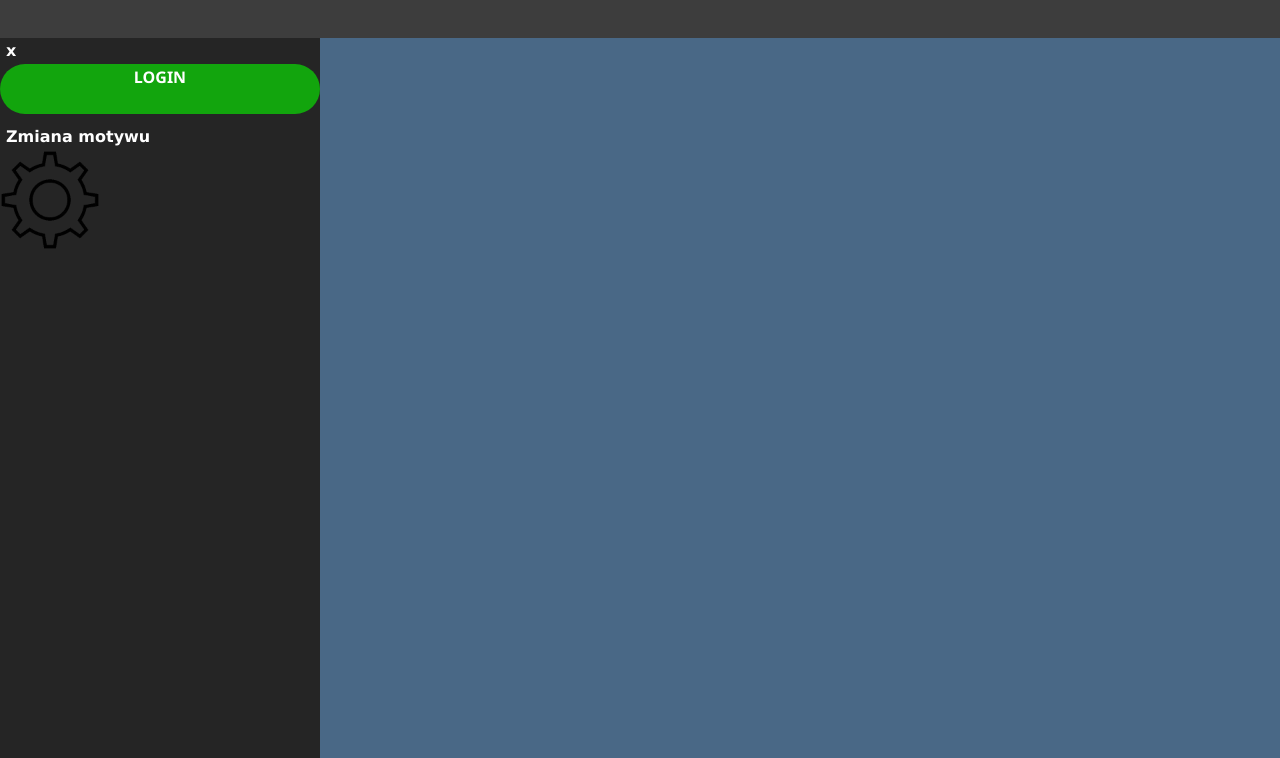
Repository: K4ziWolf/kazi
Page: /, after clicking the first element matching `button.btn`
An editor plug-in stored every save of this project. The page is shown before and after the next save, followed by the edit.
The browser window is 1280 px wide. The pictures show the whole page.
The project was rebuilt for these pictures with package versions that can differ from the ones it lists, and the page was loaded fresh each time. Also part of the build but not shown: vue.config.js, src/components/login_screen.vue, src/components/option_screen.vue.

Above is the page before, as saved 2023-10-20 22:33:32.

### src/App.vue
<template>
<body>
  <section>
  <div id="container" class="col-md-12">
    <div class="d-flex flex-column text-white" style="background-color: rgb(61, 61, 61) ">
    <div class="x-btn">
      <button class="btn btn-outline-secondary" v-bind:class="open_menu_button " @click="showMenuScreen" >
        Pokaż menu
      </button>
      <menu_screen v-if="isMenuScreenVisible" @hide-menu-screen="hideMenuScreen" @show-login-screen="showLoginScreen" @change-theme="changeTheme" @option-open="optionOpener">
      </menu_screen>

    <div> <!--menu_scree i login_screen odpowiedzialne są za pokazywanie się tych komponentów-->
      <login_screen v-if="isLoginScreenVisible" @hide-login-screen="hideLoginScreen">
      </login_screen>
    </div>
    <option_screen v-if="isOptionScreenVisible" @hide-option-screen="HideOptionScreen">
      </option_screen>
  </div>
  </div>
  </div>
  </section>
</body>
</template>

<script>
import menu_screen from './components/menu_screen.vue';
import login_screen from './components/login_screen.vue';
import option_screen from './components/option_screen.vue';
export default {
  components: {
    menu_screen,
    login_screen,
    option_screen,
  },
  data() {
    return {
      open_menu_button: "show",
      open_login_button: "show",
      isLoginScreenVisible: false,
      isMenuScreenVisible: false,
      changecolor:0,
      isOptionScreenVisible: false,
    };
  },
  methods: {
    optionOpener(){
      this.isOptionScreenVisible = true;
    },
    HideOptionScreen(){
      setTimeout(() => {
      this.isOptionScreenVisible = false;
      }, 1000);
    },
    changeTheme() {
        this.changecolor += 1;
      if (this.changecolor % 2 === 0) {
        document.body.style.backgroundColor = 'blue';
      } else {
        document.body.style.backgroundColor = 'red';
      }
    },
    showMenuScreen() { //funkcja pokazująca menu
      this.isMenuScreenVisible = true;
      this.open_menu_button = "hidden";
      this.open_login_button = "show";
    },
    hideMenuScreen() {
      setTimeout(() => { //timeout aby animacja była płynna
        this.open_menu_button = "show";
        this.isMenuScreenVisible = false;
      }, 1200);
    },
    showLoginScreen() {
      this.isLoginScreenVisible = true;
      setTimeout(() => {
      this.isMenuScreenVisible = false;
      }, 1000);
    },
    hideLoginScreen() {
      setTimeout(() => {
        this.open_login_button = "show";
        this.open_menu_button ='show'
        this.isLoginScreenVisible = false;
      }, 1500);
    },
  },
};
</script>

<style>
@import '/src/style.css';

#app {
  font-family: Avenir, Helvetica, Arial, sans-serif;
  -webkit-font-smoothing: antialiased;
  -moz-osx-font-smoothing: grayscale;
  text-align: center;
  color: #2c3e50;
}
.show {
  opacity: 1;
  animation: show_button 0.4s;
}
@keyframes show_button {
  from {
    opacity: 0;
  }
  to {
    opacity: 1;
  }
}
.hidden {
  animation: hide_button 0.4s;
  opacity: 0;
}
@keyframes hide_button {
  from {
    opacity: 1;
  }
  to {
    opacity: 0;
  }
}
body { /*testy moje do zmiany */
  height: 100%;
  width: 100%;
  background-color: rgb(127, 247, 207);
}
.x-btn {
  background-color: rgb(61, 61, 61);

}
.xd-btn {
  text-decoration: none;
  border: none;
  font-family: Verdana, Geneva, Tahoma, sans-serif;
  background-color: #2c3e50;
  border-bottom-left-radius: 25px;
  border-bottom-right-radius: 25px;
  color: white;
  font-weight: bolder;

}
html {
  background-color: #496886;
}
</style>

### src/style.css
template {
    background-color: aqua;
}

### src/components/menu_screen.vue
<template>
  <div class="holder-ten1 col-sm-3" id="menu_holder" :class="menu_box_show">
    <div class="pole-exit-btn" id="Exit_menu_button">
      <button class="exit-baton" id="menu_exit_button" @click="hideMenuScreen">x</button>
      <button class="baton" id="poka-login" v-bind:class="open_login_button" @click="showLoginScreen">
        LOGIN
      </button>
      <button id="change_theme_btn" v-bind:class="change_theme_btn" @click="changeTheme">
        Zmiana motywu
      </button>
      <div id="gear_icon_box">
        <img
          v-bind:class="open_option_button"
          src="../assets/gear_icon.png"
          alt="Gear Icon"
          @mouseenter="openOptionButtonEnter"
          @mouseleave="openOptionButtonLeave"
          @click="open_options"
        />
      </div>
    </div>
  </div>
  </template>

  <script>
  export default {
    data() {
      return {
        menu_box_show: "show",
        open_option_button: "unanimated",
        change_theme_btn:"bright",
      };
    },
    methods: {
      open_options(){
        this.$emit('option-open');

      },
      changeTheme() {
        if (this.change_theme_btn === 'dark') {
          this.change_theme_btn = 'bright';
        } else {
          this.change_theme_btn = 'dark';
        }
          this.$emit('change-theme');
      },
      hideMenuScreen() {
        this.$emit('hide-menu-screen');
        this.menu_box_show = "hide";
      }, //emit to event, czyli wysłanie do komponenta rodzica komendy wywołania funckji w tym przypadku hideMenuScreen
      showLoginScreen() {
        this.menu_box_show = "hide";
        setTimeout(() => {
          this.$emit('show-Login-Screen');
        }, 200); //opóźnienie dla dobra animacji chyba tak mi się wydaje dawno temu to pisałem
      },
      openOptionButtonEnter() {
        this.open_option_button = "animated";
      },
      openOptionButtonLeave(){
        this.open_option_button = "unanimated";
      },
    },
  };
  </script>
  <style scoped>  /* scoped dotyczy tylko tego dokumentu */
 .show {
  animation: show_animation 1s ease-in-out;
}

@keyframes show_animation {
  from {
    opacity: 0;
    transform: translate3d(-40%, 0, 0);
  }
  to {
    opacity: 1;
    transform: translate3d(0, 0, 0);
  }
}

.hide {
  opacity: 0;
  animation: hide_animation 1s ease-in-out;
}

@keyframes hide_animation {
  from {
    opacity: 1;
    transform: translate3d(0, 0, 0);
  }
  to {
    opacity: 0;
    transform: translate3d(-40%, 0, 0);
  }
}

#menu_holder {
  background-color: rgb(37, 37, 37) !important;
  position: absolute;
  height: 100vh; /* Ustawienie na 100% wysokości strony */
  display: grid;
  grid-template-columns: 1fr; /* Pasek będzie miał tylko jedną kolumnę */
  gap: 0px;
  grid-template-areas: "Exit_menu_button" "poka-login" "change_theme_btn" "gear_icon_box";
}

.baton {
  background-color: rgb(18, 165, 13);
  display: inline-grid;
  text-decoration: none;
  width: 100%; /* Rozciągnij przycisk na 100% szerokości kontenera */
  height: 50px;
  border-radius: 25px;
  text-align: center;
  font-family: 'Segoe UI', Tahoma, Geneva, Verdana, sans-serif;
  border: none;
  color: white;
  font-weight: bold;
  margin-bottom: 10px; /* Dodaj odstęp między przyciskami */
}

.exit-baton {
  border: none;
  background-color: transparent;
  display: grid;
  font-family: Verdana, Geneva, Tahoma, sans-serif;
  font-weight: bold;
  color: white;
}


  holder-ten1 {
    background-color: rgb(37, 37, 37);
  }
  pole-exit-btn {
    background-color: rgb(37, 37, 37);
  }
  .dark{
    color: rgb(37, 37, 37) !important;
  }
  .bright{

    color: white;
  }
  #gear_icon_box img {
    max-width: 100px;
    cursor: pointer;
  }
  .unanimated{
  animation: back_spin 0.5s;
}
  .animated{
    animation: spin 5s linear infinite;
  }
  @keyframes spin {
  from {
    transform: rotate(0deg);
  }
  to {
    transform: rotate(360deg);
  }
}
@keyframes back_spin {
  from {
    transform: rotate(360deg);
  }
  to {
    transform: rotate(0deg);
  }
 }
 #gear_icon_box {
    height: 30px;
    width: 30px;
    border: none;
    background-color: transparent;
    display: grid;
    font-family: Verdana, Geneva, Tahoma, sans-serif;
    font-weight: bold;
    grid-area: gear_icon_box;
}
  #change_theme_btn{
    border: none;
    background-color: transparent;
    display: grid;

    font-family:Verdana, Geneva, Tahoma, sans-serif;
    font-weight: bold;
    grid-area: change_theme_btn;
   }
  </style>

Loaded but not shown: public/index.html (common file); src/main.js (common file)

After the next save:
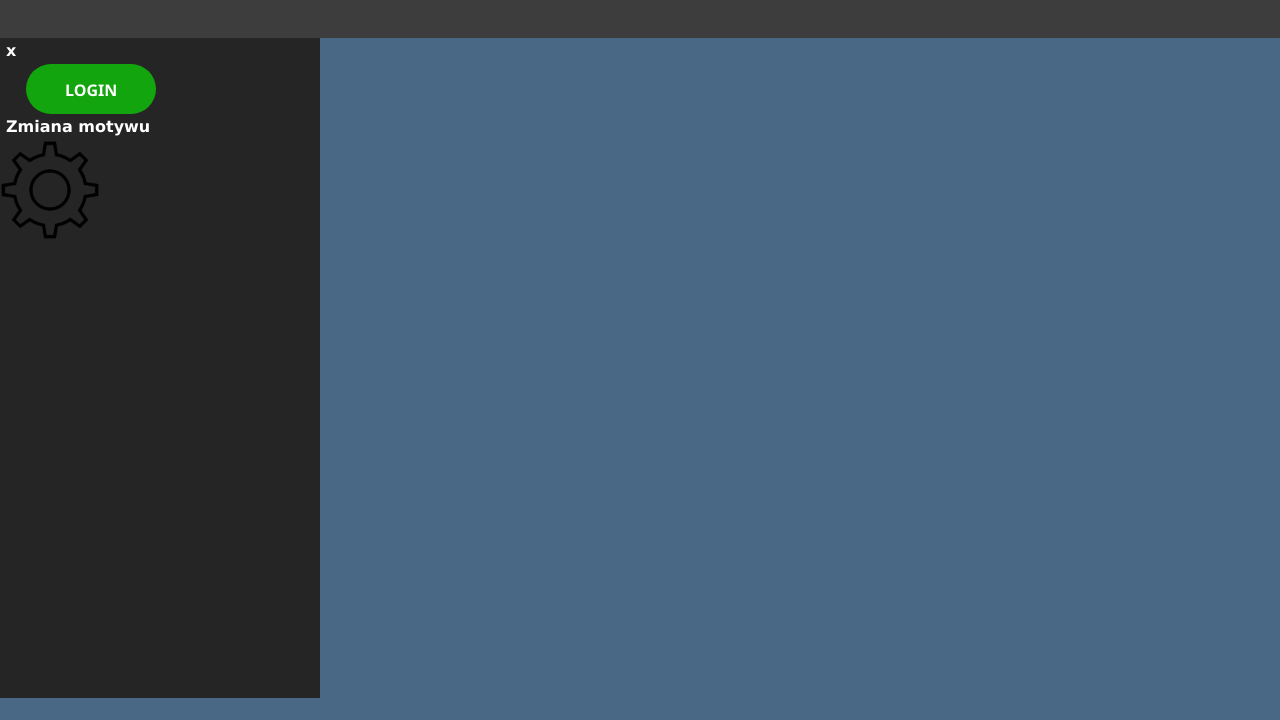
Saved 7 s later.
--- a/src/components/menu_screen.vue
+++ b/src/components/menu_screen.vue
@@ -64,72 +64,77 @@
   };
   </script>
   <style scoped>  /* scoped dotyczy tylko tego dokumentu */
- .show {
-  animation: show_animation 1s ease-in-out;
-}
+  .show {
+    animation: show_animation 1s ease-in-out;
+  }
+  @keyframes show_animation {
+    from {
+      opacity: 0;
+      transform: translate3d(-40%, 0, 0);
+    }
+    to {
+      opacity: 1;
+      transform: translate3d(0, 0, 0);
+    }
+  }
+  .hide {
+    opacity: 0;
+    animation: hide_animation 1s ease-in-out;
+  }
+  @keyframes hide_animation {
+    from {
+      opacity: 1;
+      transform: translate3d(0, 0, 0);
+    }
+    to {
+      opacity: 0;
+      transform: translate3d(-40%, 0, 0);
+    }
+  }
 
-@keyframes show_animation {
-  from {
-    opacity: 0;
-    transform: translate3d(-40%, 0, 0);
+  #menu_holder { /*testy moje do zmiany */
+    background-color: rgb(37, 37, 37) !important;
+
+    display: grid;
+   position: absolute;
+   grid-template-columns: 1fr 1fr;
+   grid-template-rows: 1fr 1fr 1fr 1fr 1fr;
+   gap: 0px;
+   grid-template-areas:
+        ". Exit_menu_button"
+        " poka-login ."
+        "..."
+        "gear_icon_box"
+        " change_theme_btn .";
   }
-  to {
-    opacity: 1;
-    transform: translate3d(0, 0, 0);
+  .baton {
+    background-color: rgb(18, 165, 13);
+    display: inline-grid;
+    text-decoration: none;
+    width: 130px;
+    height: 50px;
+    border-radius: 25px;
+    text-align: center;
+    font-family: 'Segoe UI', Tahoma, Geneva, Verdana, sans-serif;
+    border: none;
+    justify-content: center;
+    align-self: center;
+    color: white;
+    margin-left: 14%;
+    line-height: 50px;
+    font-weight: bold;
   }
-}
+  .exit-baton {
+    border: none;
+    background-color: transparent;
+    display: grid;
 
-.hide {
-  opacity: 0;
-  animation: hide_animation 1s ease-in-out;
-}
-
-@keyframes hide_animation {
-  from {
-    opacity: 1;
-    transform: translate3d(0, 0, 0);
-  }
-  to {
-    opacity: 0;
-    transform: translate3d(-40%, 0, 0);
-  }
-}
-
-#menu_holder {
-  background-color: rgb(37, 37, 37) !important;
-  position: absolute;
-  height: 100vh; /* Ustawienie na 100% wysokości strony */
-  display: grid;
-  grid-template-columns: 1fr; /* Pasek będzie miał tylko jedną kolumnę */
-  gap: 0px;
-  grid-template-areas: "Exit_menu_button" "poka-login" "change_theme_btn" "gear_icon_box";
-}
-
-.baton {
-  background-color: rgb(18, 165, 13);
-  display: inline-grid;
-  text-decoration: none;
-  width: 100%; /* Rozciągnij przycisk na 100% szerokości kontenera */
-  height: 50px;
-  border-radius: 25px;
-  text-align: center;
-  font-family: 'Segoe UI', Tahoma, Geneva, Verdana, sans-serif;
-  border: none;
-  color: white;
-  font-weight: bold;
-  margin-bottom: 10px; /* Dodaj odstęp między przyciskami */
-}
-
-.exit-baton {
-  border: none;
-  background-color: transparent;
-  display: grid;
-  font-family: Verdana, Geneva, Tahoma, sans-serif;
-  font-weight: bold;
-  color: white;
-}
+    font-family:Verdana, Geneva, Tahoma, sans-serif;
+    font-weight: bold;
+    color: white;
 
 
+  }
   holder-ten1 {
     background-color: rgb(37, 37, 37);
   }
